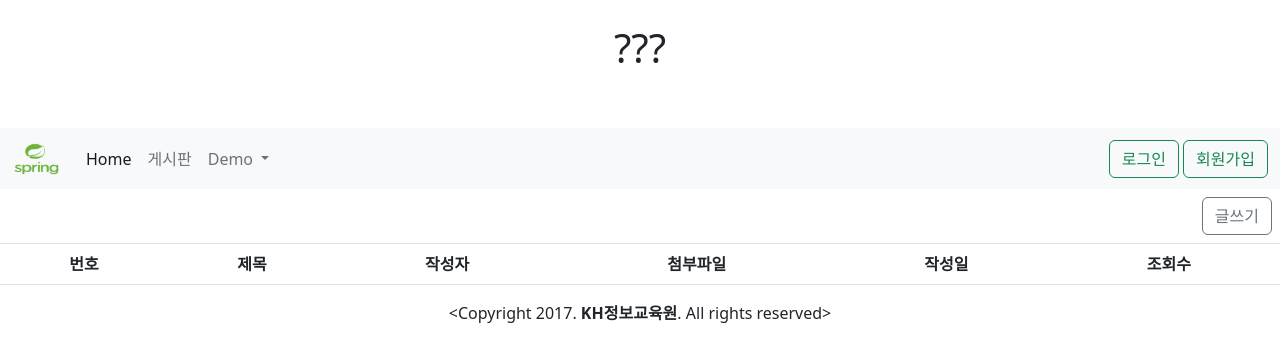
Repository: pcj0310/06_springWork
Page: http://localhost/springProject/WEB-INF/views/board/boardList.jsp
These files come from the project's save history. The page is drawn as it stood at one moment and after the next save; the edit follows.
The browser window is 1280 px wide. The pictures show the whole page.
The page is served by Tomcat 9. Nobody is signed in. The template is opened directly, without the code that normally fills it, so the values that code supplies are empty.

Above is the page before, as saved 2023-06-16 05:49:25.

After the next save:
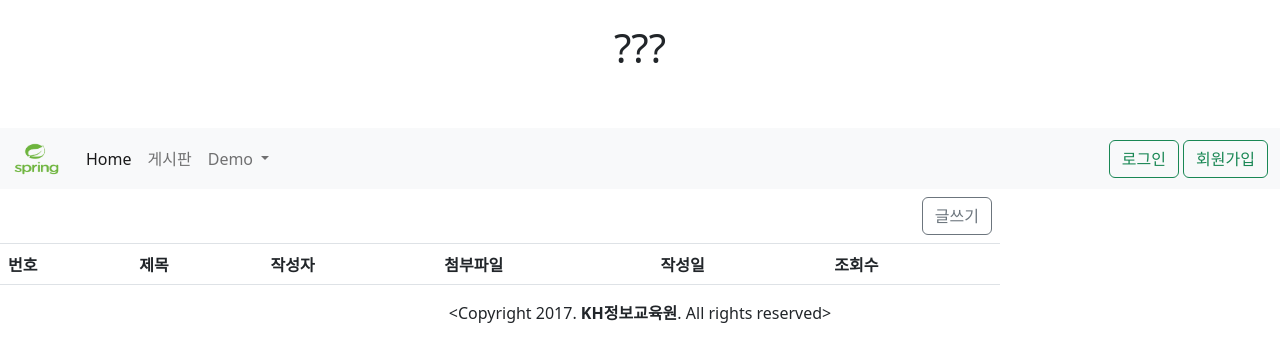
Saved 3 min 32 s later.
--- a/springProject/src/main/webapp/WEB-INF/views/board/boardList.jsp
+++ b/springProject/src/main/webapp/WEB-INF/views/board/boardList.jsp
@@ -3,24 +3,31 @@
 <%@ taglib prefix="c" uri="http://java.sun.com/jsp/jstl/core" %>
 <%@ taglib prefix="fmt" uri="http://java.sun.com/jsp/jstl/fmt" %>
 <%@ taglib prefix="fn" uri="http://java.sun.com/jsp/jstl/functions" %>
-
+<style>
+	#container {
+		width: 1000px;
+		margin=""
+	}
+</style>
 <jsp:include page="/WEB-INF/views/common/header.jsp">
 	<jsp:param value="게시판" name="title"/>
 </jsp:include>
 
-<table class="table">
-	<tr>
-		<td colspan="6" align="right">
-			<button type="button" class="btn btn-outline-secondary">글쓰기</button>
-		</td>
-	</tr>
-	<tr>
-		<th scope="col">번호</th>
-		<th scope="col">제목</th>
-		<th scope="col">작성자</th>
-		<th scope="col">첨부파일</th>
-		<th scope="col">작성일</th>
-		<th scope="col">조회수</th>
-	</tr>
-</table>
+<div id="container">
+	<table class="table">
+		<tr>
+			<td colspan="6" align="right">
+				<button type="button" class="btn btn-outline-secondary">글쓰기</button>
+			</td>
+		</tr>
+		<tr>
+			<th scope="col">번호</th>
+			<th scope="col">제목</th>
+			<th scope="col">작성자</th>
+			<th scope="col">첨부파일</th>
+			<th scope="col">작성일</th>
+			<th scope="col">조회수</th>
+		</tr>
+	</table>
+</div>
 <jsp:include page="/WEB-INF/views/common/footer.jsp" />
